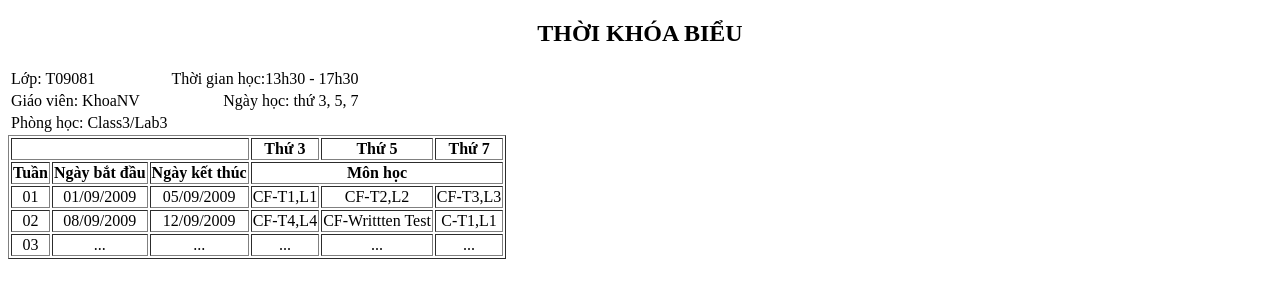
Repository: Lehuyhuynh/BT1-HTML
Page: index.html
These files come from the project's save history. The page is drawn as it stood at one moment and after the next save; the edit follows.
The browser window is 1280 px wide. The pictures show the whole page.

Above is the page before, as saved 2023-08-06 21:39:05.

After the next save:
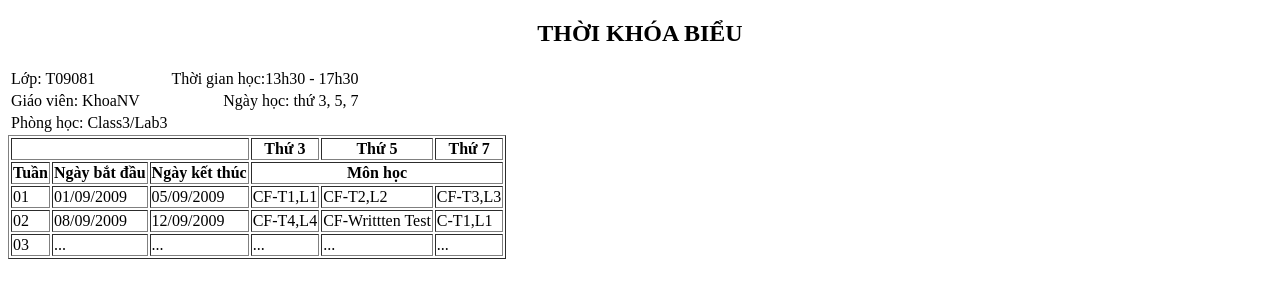
Saved 8 s later.
--- a/index.html
+++ b/index.html
@@ -10,7 +10,7 @@
     h2{
       text-align: center;
     }
-    .table2{
+    #table2{
       text-align: center;
     }
 
